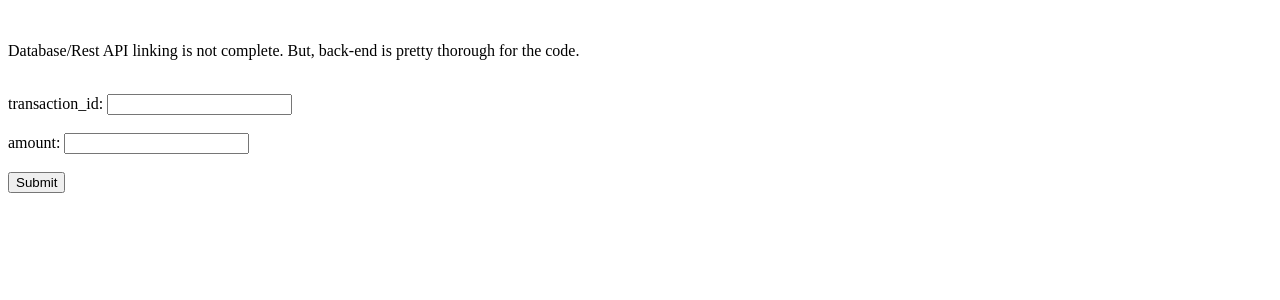
Repository: hcm4990/BankingApplicationRestAPI
Page: gs-serving-web-content-complete/src/main/resources/static/index.html
These files come from the project's save history. The page is drawn as it stood at one moment and after the next save; the edit follows.
The browser window is 1280 px wide. The pictures show the whole page.

Above is the page before, as saved 2020-04-06 15:07:03.

### gs-serving-web-content-complete/src/main/resources/static/index.html
<!DOCTYPE HTML>
<html>
<head>
<title>Getting Started: Serving Web Content</title>
<meta http-equiv="Content-Type" content="text/html; charset=UTF-8" />
</head>
<body>
	<br>
	<p>Database/Rest API linking is not complete. But, back-end is pretty thorough for the code.</p>
	<br>
	<form action="/transaction">
		<label for="transaction_id">transaction_id:</label> <input type="text" id="transaction_id"
			name="fname"><br>
		<br> <label for="amount">amount:</label> <input type="text"
			id="amount" name="amount"><br>
		<br> <input type="submit" value="Submit">
	</form>
</body>
</html>

After the next save:
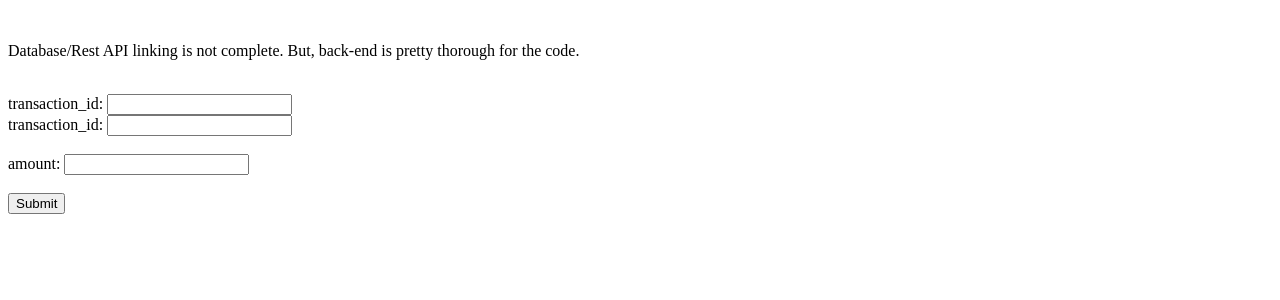
Saved 2 min 16 s later.
--- a/gs-serving-web-content-complete/src/main/resources/static/index.html
+++ b/gs-serving-web-content-complete/src/main/resources/static/index.html
@@ -9,6 +9,8 @@
 	<p>Database/Rest API linking is not complete. But, back-end is pretty thorough for the code.</p>
 	<br>
 	<form action="/transaction">
+		<label for="user_id">transaction_id:</label> <input type="text" id="transaction_id"
+			name="fname"><br>
 		<label for="transaction_id">transaction_id:</label> <input type="text" id="transaction_id"
 			name="fname"><br>
 		<br> <label for="amount">amount:</label> <input type="text"
